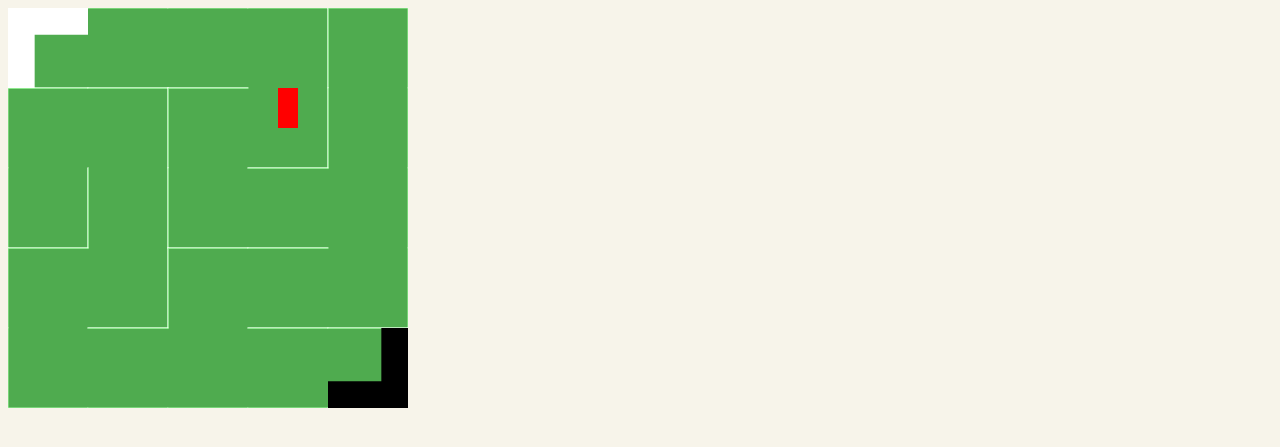
Repository: animarcus/maze-generator
Page: index.html
The author's editor kept a copy of each file at every save. The page is drawn from the files as they stood at one save, then again after the next save.
The browser window is 1280 px wide. The pictures show the whole page.
Some web libraries are served in a nearby version.

Above is the page before, as saved 2020-09-12 18:15:23.

After the next save:
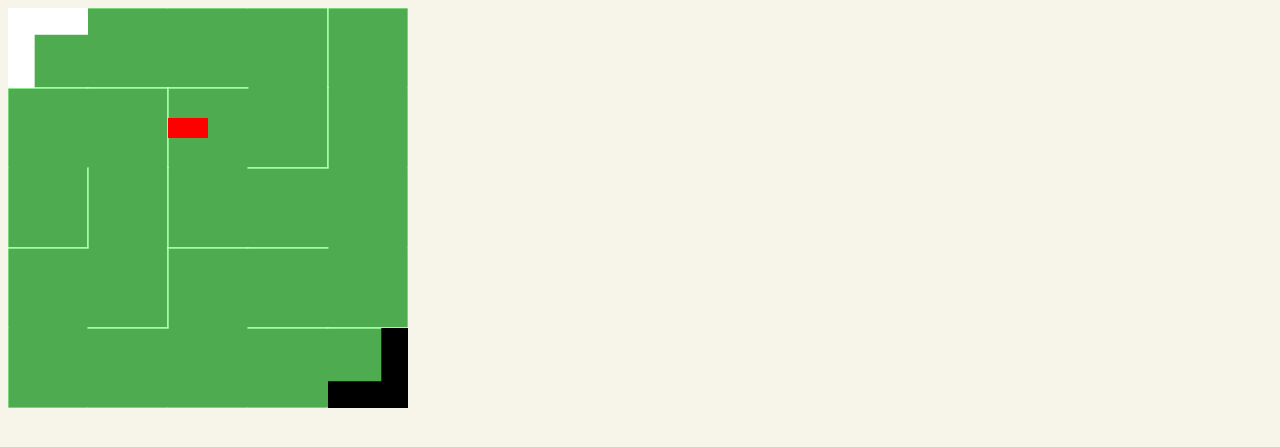
Saved 30 s later.
--- a/js/solver.js
+++ b/js/solver.js
@@ -39,8 +39,6 @@
         this.direction -= 1;
       } else if (this.current.walls[this.direction - 1]) {
         this.direction += 1;
-      } else {
-        this.direction += 1;
       }
     } else {
       this.i = this.facing.i;

After the 2 saves that followed:
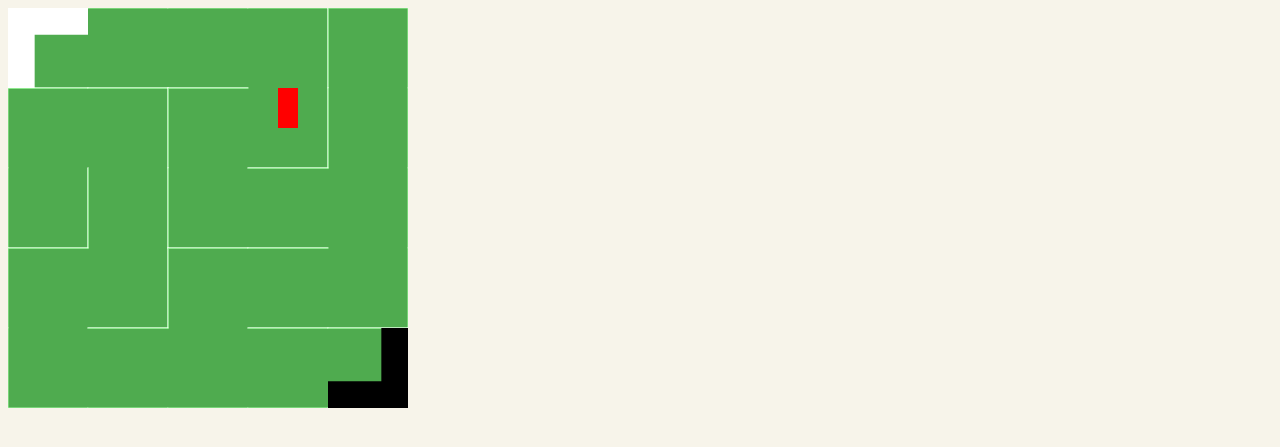
The 2 saves are shown as one change because 1 left the picture as it was.
The last was saved 92 s later.
--- a/js/solver.js
+++ b/js/solver.js
@@ -35,10 +35,11 @@
     console.log(this.direction);
     // console.log(this.current.walls);
     if (this.current.walls[this.direction]) {
-      if (this.current.walls[this.direction + 1]) {
+      if (!this.current.walls[this.direction + 1]) {
+        this.direction += 1;
+      }
+      if (!this.current.walls[this.direction - 1]) {
         this.direction -= 1;
-      } else if (this.current.walls[this.direction - 1]) {
-        this.direction += 1;
       }
     } else {
       this.i = this.facing.i;
